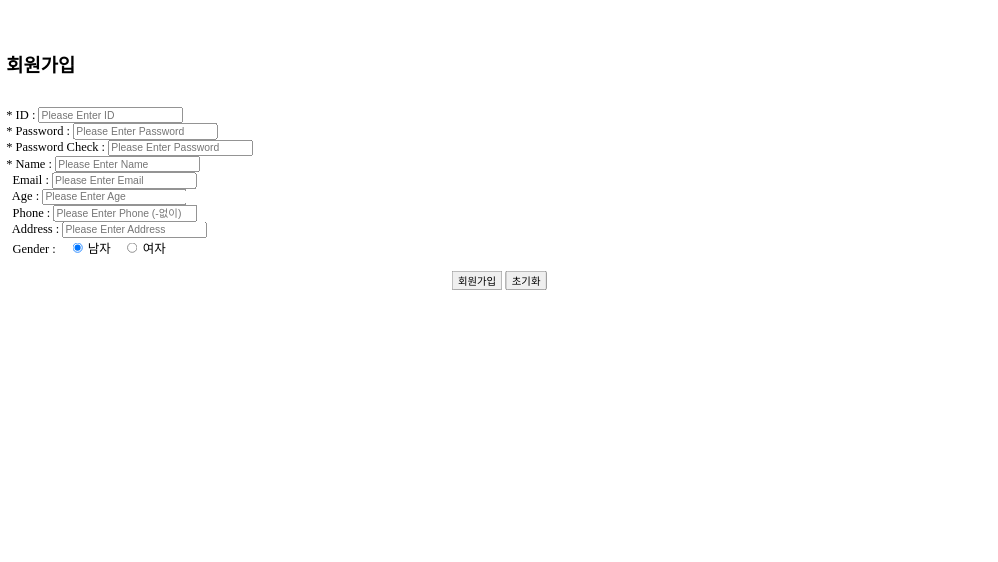
Repository: hololollo/NewSts
Page: http://localhost/springProject/WEB-INF/views/member/enrollForm.jsp
These files come from the project's save history. The page is drawn as it stood at one moment and after a run of saves; the edit follows.
The browser window is 1280 px wide. The pictures show the whole page, at 78% of full size.
Pictures or frames that could not be fetched are drawn as grey boxes. The page is served by Tomcat 9. Nobody is signed in. The template is opened directly, without the code that normally fills it, so the values that code supplies are empty.

Above is the page before, as saved 2024-06-18 00:41:27.

After the next 7 saves:
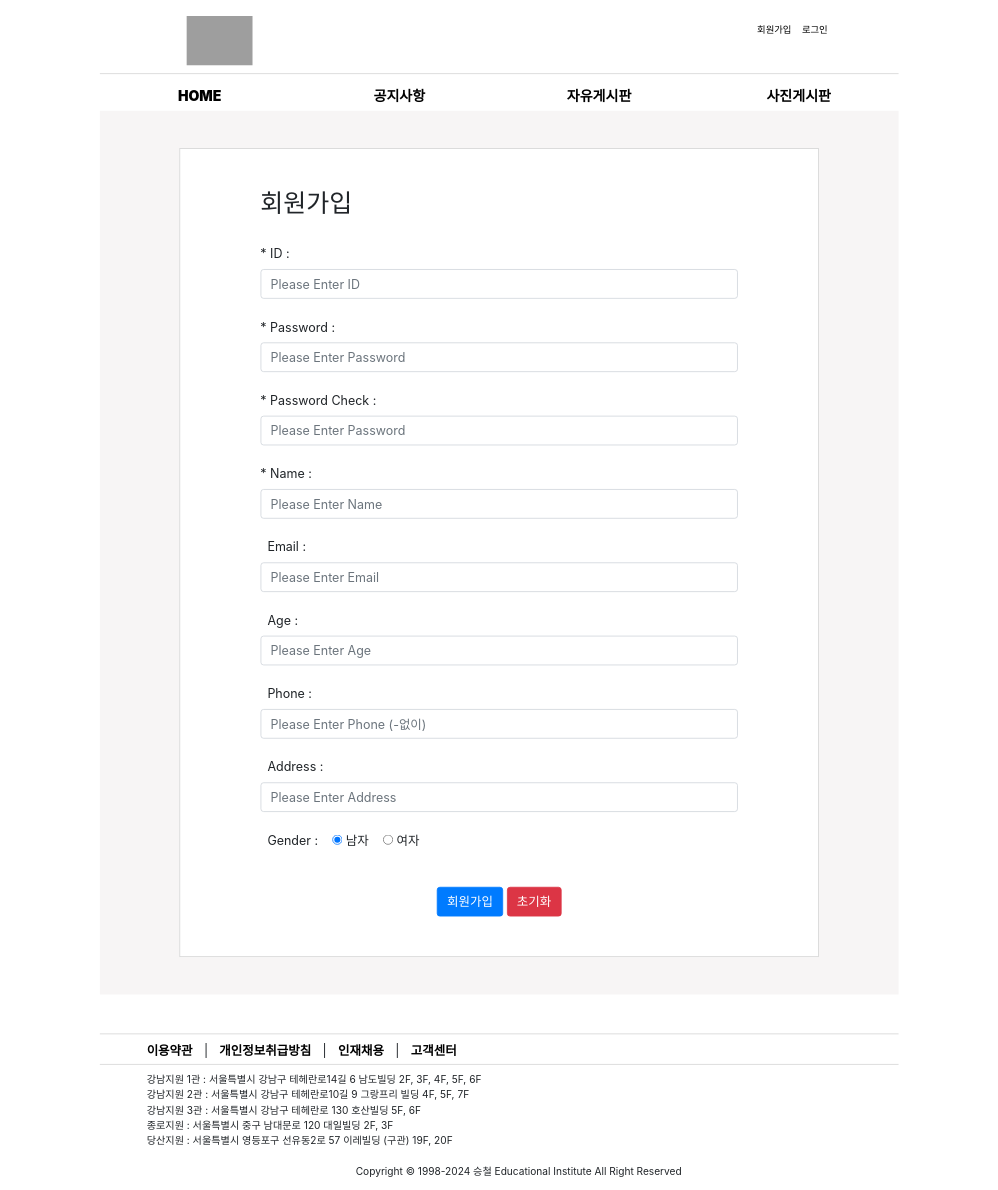
The 7 saves are shown as one change because 5 did not build or start and some came seconds apart.
The last was saved 43 s later.
--- a/springProject/src/main/webapp/WEB-INF/views/member/enrollForm.jsp
+++ b/springProject/src/main/webapp/WEB-INF/views/member/enrollForm.jsp
@@ -9,7 +9,7 @@
 <body>
 
     <!-- 메뉴바 -->
-    <jsp:include page="" />
+    <jsp:include page="../common/menubar.jsp" />
 
     <div class="content">
         <br><br>
@@ -61,7 +61,7 @@
     </div>
 
     <!-- 푸터바 -->
-    <jsp:include page="" />
+    <jsp:include page="../common/footer.jsp" />
 
 </body>
 </html>
